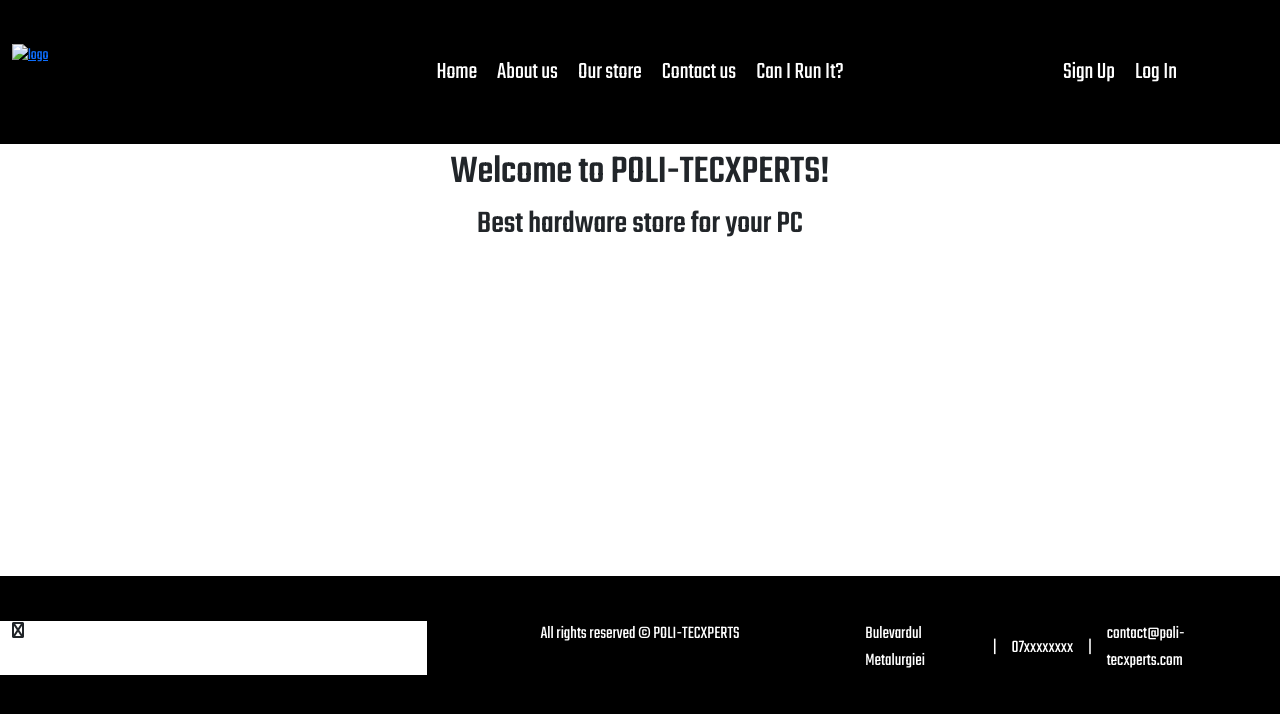
Repository: cristibtz/POLI_TECXPERTS
Page: index.html
An editor plug-in stored every save of this project. The page is shown before and after the next save, followed by the edit.
The browser window is 1280 px wide. The pictures show the whole page.

Above is the page before, as saved 2024-04-27 16:26:01.

After the next save:
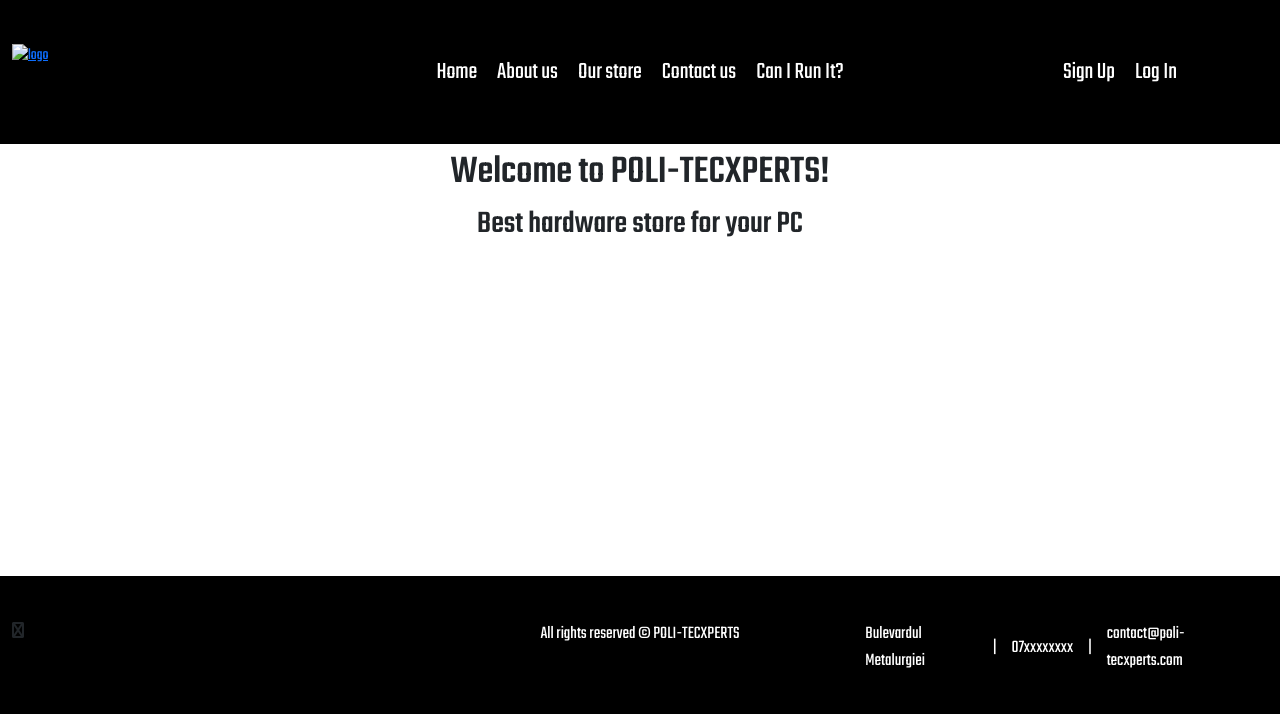
Saved 31 s later.
--- a/css/default.css
+++ b/css/default.css
@@ -88,6 +88,3 @@ body {
     padding-right: 15px;
     margin: 0;
 }
-.icons {
-    background-color: white;
-}
